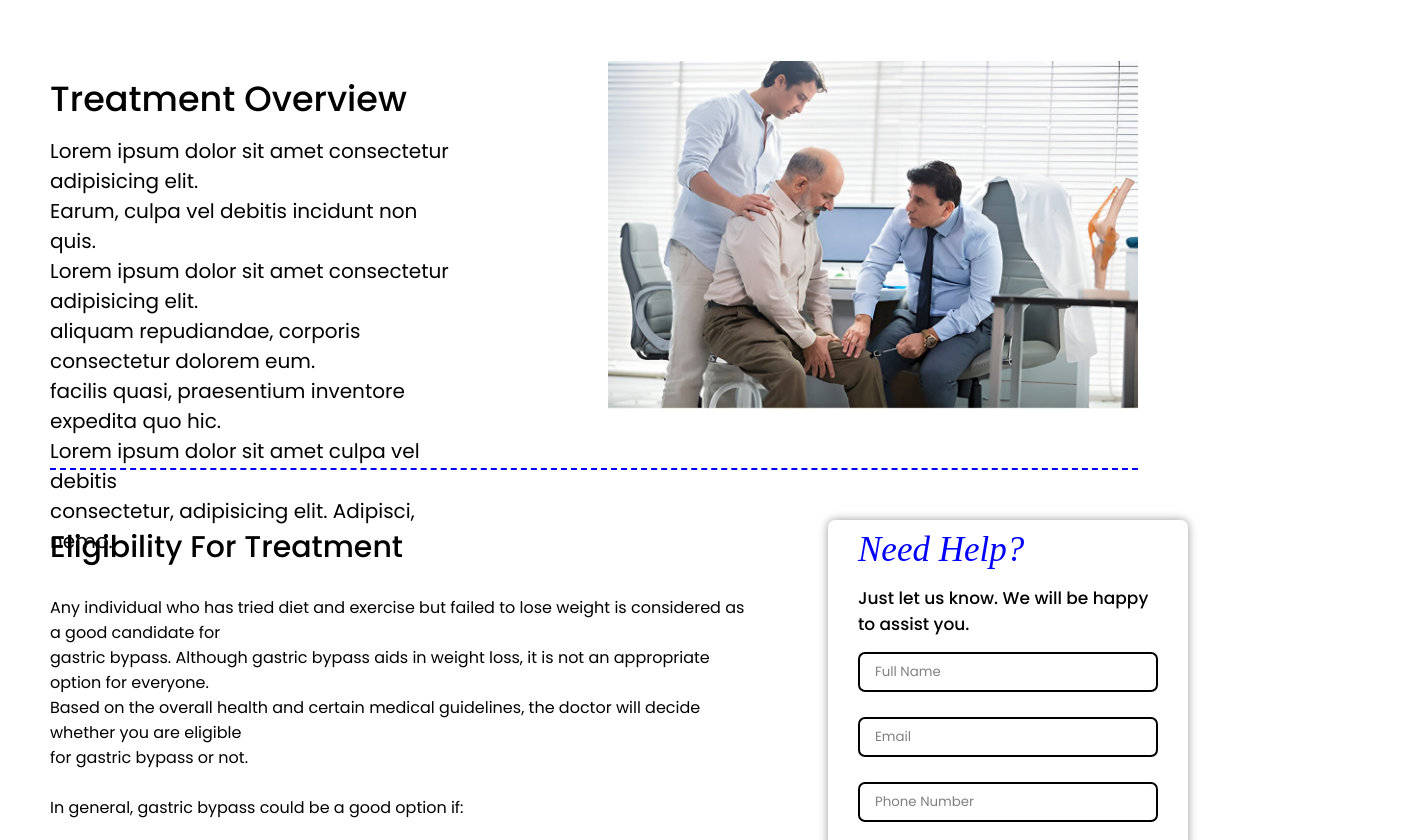
Repository: hetuk2005/webDevelopment
Page: Projects/Aafiya.html
An editor plug-in stored every save of this project. The page is shown before and after the next save, followed by the edit.
The browser window is 1280 px wide. The page is 1420 px wide, so the pictures cover 1420 px, including what lies to the right of the window. The pictures show the part of the page from y = 613 to 1453 px (the page is 7844 px tall).
Some web fonts or font styles are not loaded; a fallback is used.

Above is the page before, as saved 2025-04-14 16:04:05.

After the next save:
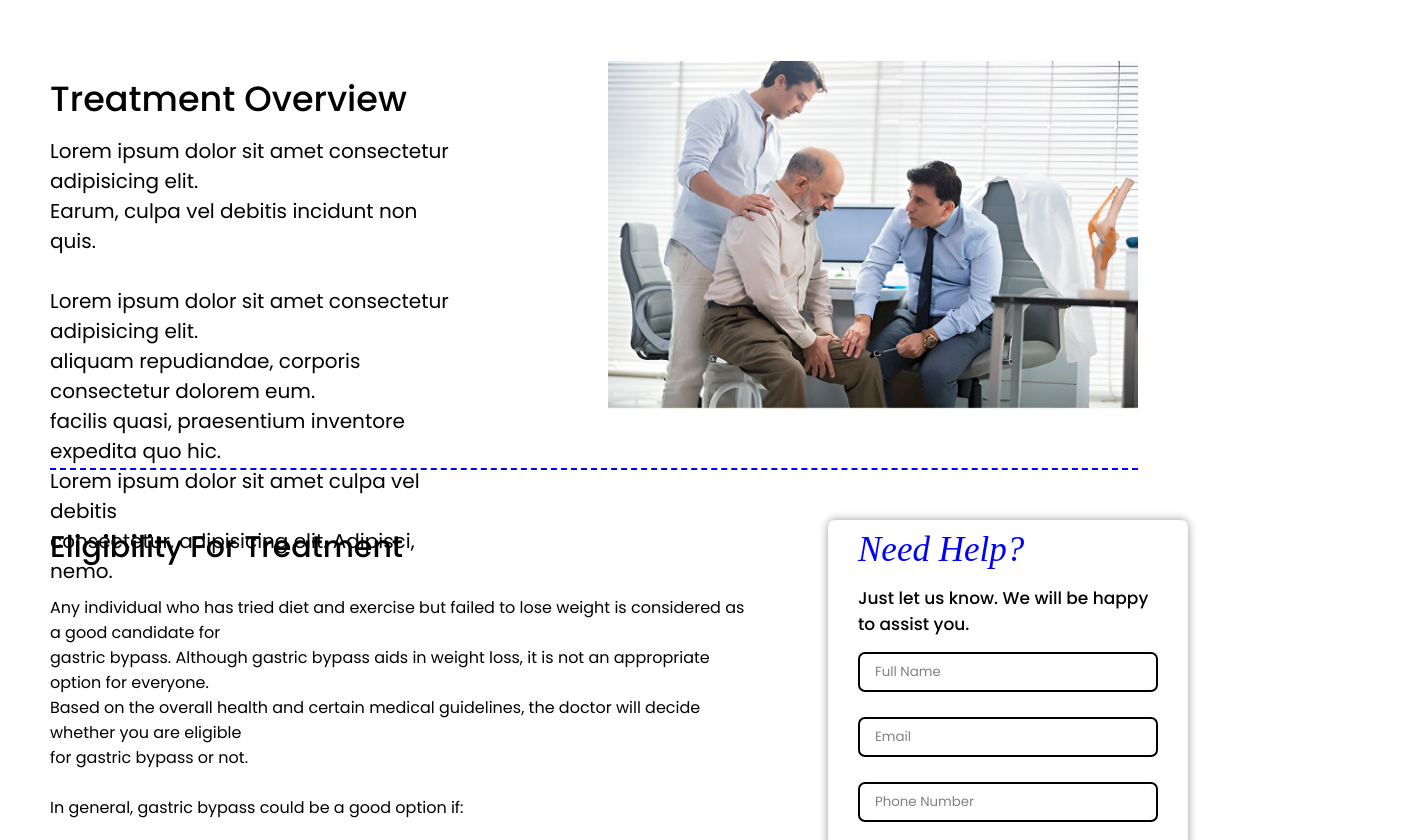
Saved 17 s later.
--- a/Projects/Aafiya.html
+++ b/Projects/Aafiya.html
@@ -86,7 +86,8 @@
         <div class="treatment_text">
             <h3>Treatment Overview</h3>
             <p>
-                Lorem ipsum dolor sit amet consectetur adipisicing elit.<br /> Earum, culpa vel debitis incidunt non quis.<br> Lorem ipsum dolor sit amet consectetur adipisicing elit.<br /> aliquam repudiandae, corporis consectetur dolorem eum.<br />                facilis quasi, praesentium inventore expedita quo hic.<br> Lorem ipsum dolor sit amet culpa vel debitis<br /> consectetur, adipisicing elit. Adipisci, nemo.
+                Lorem ipsum dolor sit amet consectetur adipisicing elit.<br /> Earum, culpa vel debitis incidunt non quis.<br><br> Lorem ipsum dolor sit amet consectetur adipisicing elit.<br /> aliquam repudiandae, corporis consectetur dolorem eum.<br
+                /> facilis quasi, praesentium inventore expedita quo hic.<br> Lorem ipsum dolor sit amet culpa vel debitis<br /> consectetur, adipisicing elit. Adipisci, nemo.
             </p>
         </div>
         <div class="treatment_img">

After the save that followed:
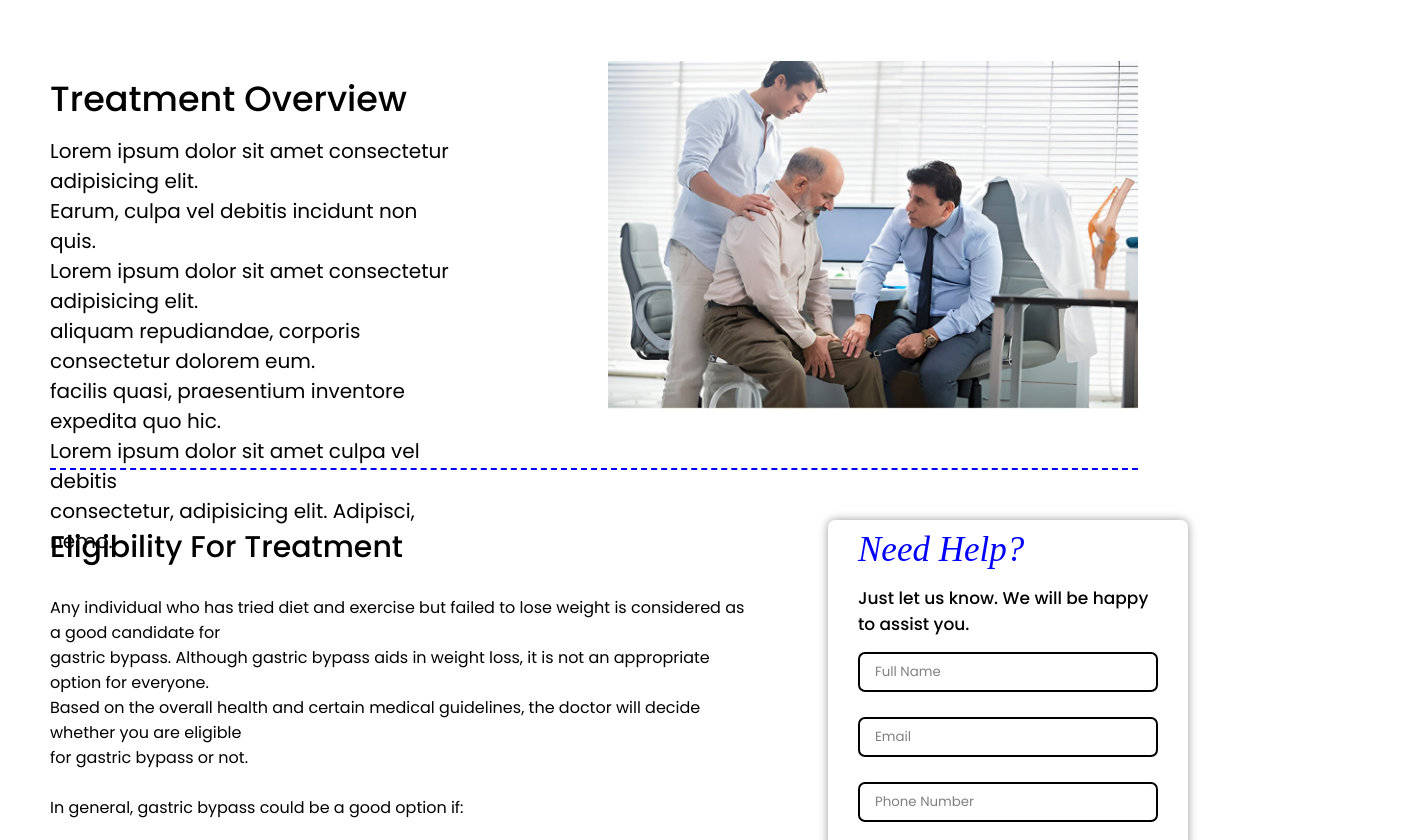
Saved 13 s later.
--- a/Projects/Aafiya.html
+++ b/Projects/Aafiya.html
@@ -86,8 +86,7 @@
         <div class="treatment_text">
             <h3>Treatment Overview</h3>
             <p>
-                Lorem ipsum dolor sit amet consectetur adipisicing elit.<br /> Earum, culpa vel debitis incidunt non quis.<br><br> Lorem ipsum dolor sit amet consectetur adipisicing elit.<br /> aliquam repudiandae, corporis consectetur dolorem eum.<br
-                /> facilis quasi, praesentium inventore expedita quo hic.<br> Lorem ipsum dolor sit amet culpa vel debitis<br /> consectetur, adipisicing elit. Adipisci, nemo.
+                Lorem ipsum dolor sit amet consectetur adipisicing elit.<br /> Earum, culpa vel debitis incidunt non quis.<br> Lorem ipsum dolor sit amet consectetur adipisicing elit.<br /> aliquam repudiandae, corporis consectetur dolorem eum.<br />                facilis quasi, praesentium inventore expedita quo hic.<br> Lorem ipsum dolor sit amet culpa vel debitis<br /> consectetur, adipisicing elit. Adipisci, nemo.
             </p>
         </div>
         <div class="treatment_img">
